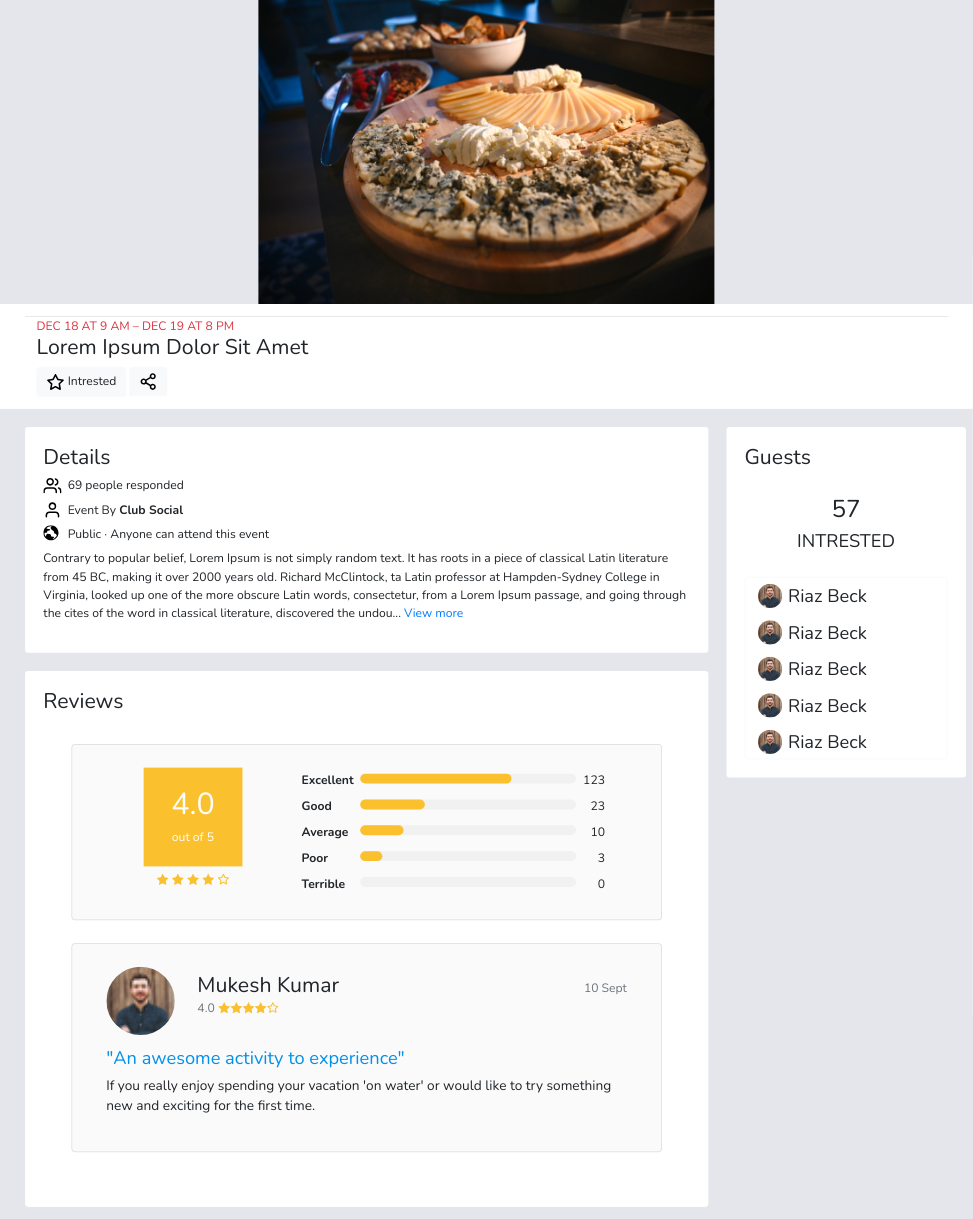
Repository: iamrachid/ensaevents
Page: event.html
An editor plug-in stored every save of this project. The page is shown before and after the next save, followed by the edit.
The browser window is 1280 px wide. The pictures show the whole page, at 76% of full size.

Above is the page before, as saved 2021-11-25 19:05:42.

After the next save:
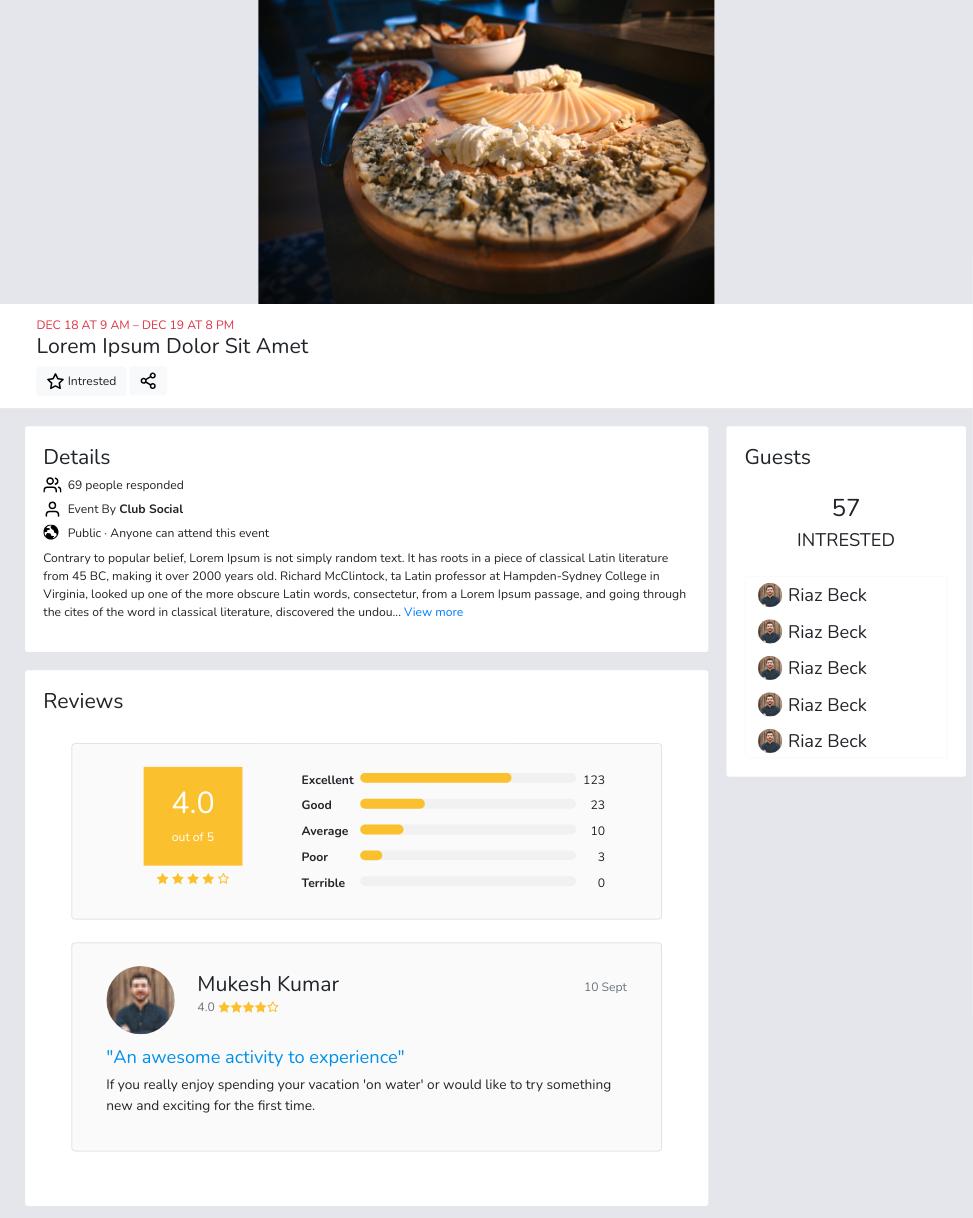
Saved 2 min 6 s later.
--- a/event.html
+++ b/event.html
@@ -23,7 +23,7 @@
         <img src="assets/img/card-1.jpg" class="cover-img">
     </div>
     <div class="py-3 px-md-5 px-3">
-        <div class="row border-top">
+        <div class="row">
             <div class="col-md-10 col-md-12">
                 <span class="text-uppercase text-danger">DEC 18 AT 9 AM – DEC 19 AT 8 PM</span>
                 <h3>Lorem Ipsum Dolor Sit Amet</h3>
